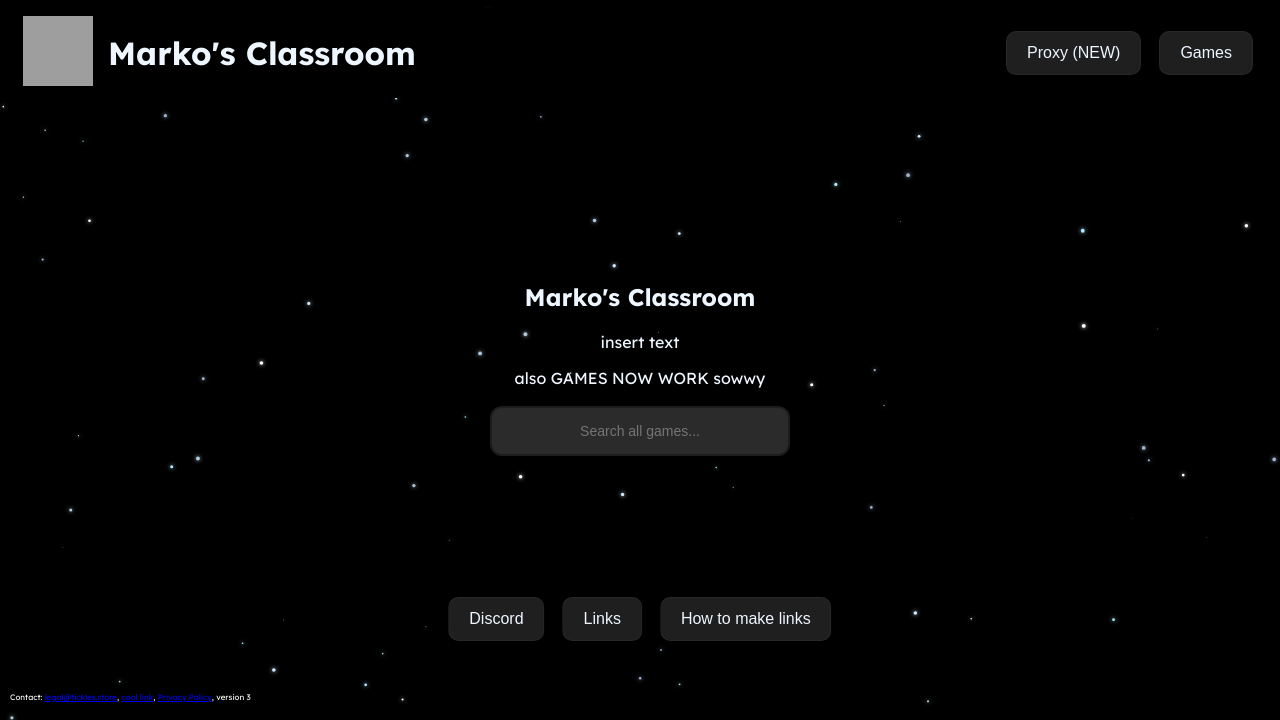
Repository: MarkoVityk/Markos-Classroom
Page: index.html
An editor plug-in stored every save of this project. The page is shown before and after the next save, followed by the edit.
The browser window is 1280 px wide. The pictures show the whole page.
Pictures or frames that could not be fetched are drawn as grey boxes.

Above is the page before, as saved 2025-11-11 08:53:01.
Not found: s/quote.js
Not found: s/search.js

After the next save:
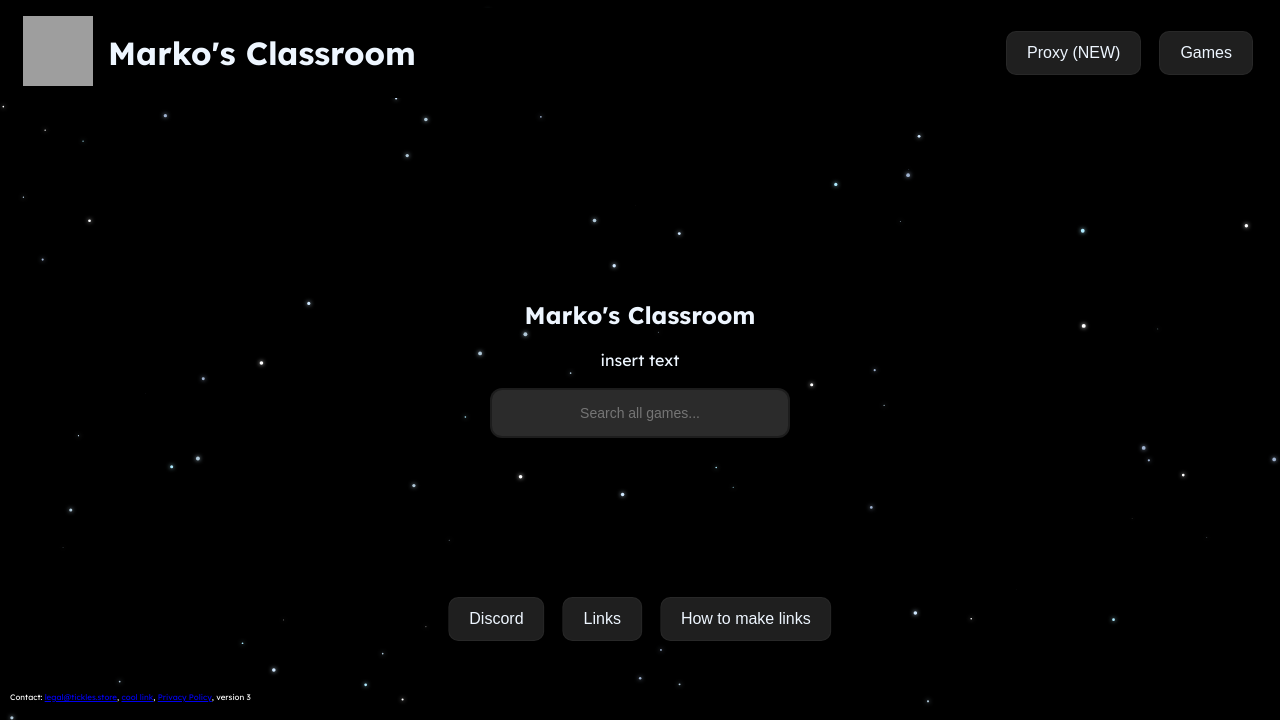
Saved 12 h 19 min later.
--- a/index.html
+++ b/index.html
@@ -41,7 +41,6 @@
     <div class="main-text center-container text-center main-div">
         <h2>Marko's Classroom</h2>
     <p id="mainQuote">insert text</p>
-    <p>also GAMES NOW WORK sowwy</p>
     <input class="input-field" type="text" id="searchBar" placeholder="Search all games...">
     </div>
     <p class="tiny-space">&NonBreakingSpace;</p>
